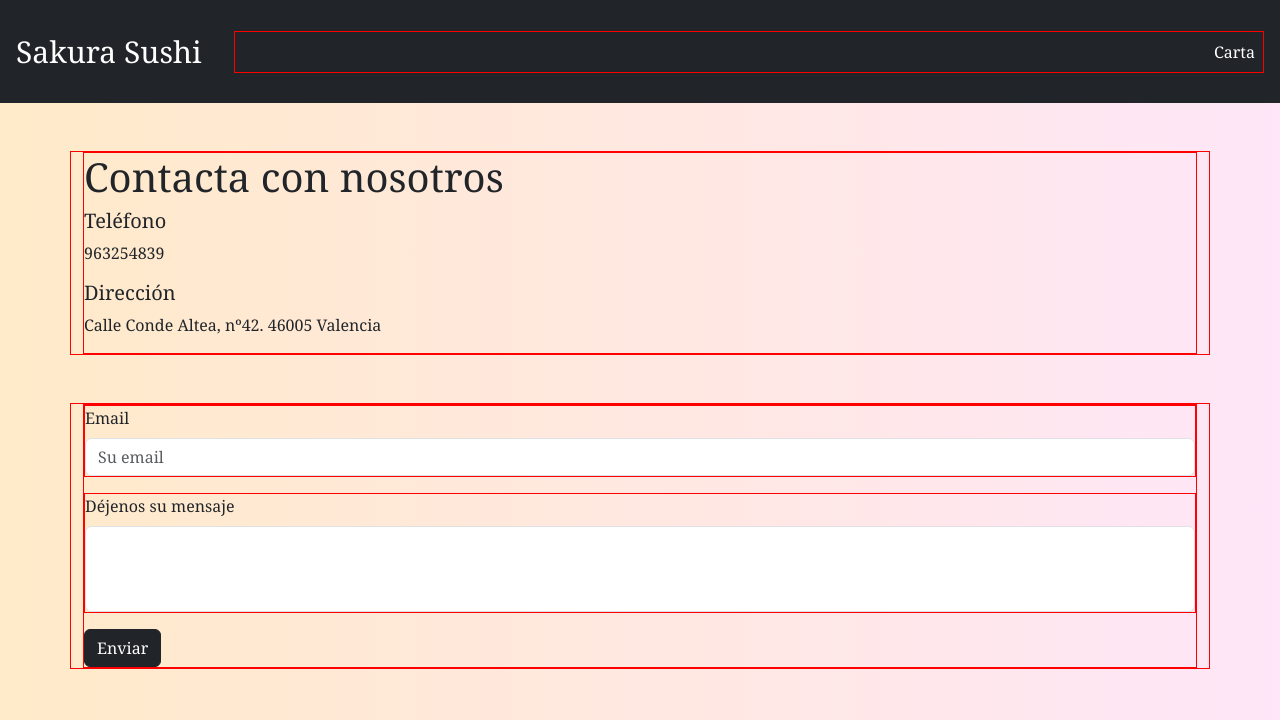
Repository: aipacheco/Fuji-restaurante
Page: contact.html
The author's editor kept a copy of each file at every save. The page is drawn from the files as they stood at one save, then again after the next save.
The browser window is 1280 px wide. The pictures show the whole page.
Some web libraries are served in a nearby version.

Above is the page before, as saved 2024-01-27 11:42:30.

### contact.html
<!DOCTYPE html>
<html lang="en">
  <head>
    <meta charset="UTF-8" />
    <meta name="viewport" content="width=device-width, initial-scale=1.0" />

    <link
      href="https://cdn.jsdelivr.net/npm/bootstrap@5.3.2/dist/css/bootstrap.min.css"
      rel="stylesheet"
      integrity="sha384-T3c6CoIi6uLrA9TneNEoa7RxnatzjcDSCmG1MXxSR1GAsXEV/Dwwykc2MPK8M2HN"
      crossorigin="anonymous"
    />
    <link rel="stylesheet" href="./css/styles.css" />
    <title>Contacta con nosotros</title>
  </head>

  <body>
    <!-- Navbar -->
    <nav class="navbar navbar-expand-lg bg-dark" data-bs-theme="dark">
      <a class="navbar-brand d-flex align-items-center m-3" href="./index.html">
        <span id="icon">Sakura Sushi</span>
      </a>

      <button
        class="navbar-toggler m-3"
        type="button"
        data-toggle="collapse"
        data-target="#navbarNavDropdown"
        aria-controls="navbarNavDropdown"
        aria-expanded="false"
        aria-label="Toggle navigation"
      >
        <span class="navbar-toggler-icon"></span>
      </button>

      <div
        class="collapse navbar-collapse justify-content-end m-3"
        id="navbarNavDropdown"
      >
        <ul class="navbar-nav align-items-center">
          <li class="nav-item active m-2">
            <a href="/menu.html">Carta</a>
          </li>
        </ul>
      </div>
    </nav>

    <div class="container mt-5 mb-5">
      <div>
        <h1>Contacta con nosotros</h1>
        <h5>Teléfono</h5>
        <p>963254839</p>
        <h5>Dirección</h5>
        <p>Calle Conde Altea, nº42. 46005 Valencia</p>
      </div>
    </div>

    <div class="container">
      <div>
        <form action="./answer.html">
          <div class="mb-3">
            <label for="formGroupExampleInput" class="form-label">Email</label>
            <input
              type="email"
              id="formGroupExampleInput"
              class="form-control"
              placeholder="Su email"
              required
            />
          </div>
          <div class="mb-3">
            <label for="exampleFormControlTextarea1" class="form-label"
              >Déjenos su mensaje</label
            >
            <textarea
              class="form-control"
              id="exampleFormControlTextarea1"
              rows="3"
            ></textarea>
          </div>

          <button class="btn btn-dark" type="submit">Enviar</button>
        </form>
      </div>
    </div>
    <script src="https://code.jquery.com/jquery-3.2.1.slim.min.js"></script>
    <script src="https://cdnjs.cloudflare.com/ajax/libs/popper.js/1.12.9/umd/popper.min.js"></script>
    <script src="https://maxcdn.bootstrapcdn.com/bootstrap/4.0.0/js/bootstrap.min.js"></script>
  </body>
</html>

### css/styles.css
body {
  font-family:Georgia, 'Times New Roman', Times, serif !important;
  margin: 0;
  padding: 0;
  background: rgb(255, 234, 201);
  background: linear-gradient(
    90deg,
    rgba(255, 234, 201, 1) 0%,
    rgba(255, 230, 248, 1) 100%
  );
  height: 100vh;
  width: 100vw;
}
div{
  border:1px solid red
}
a{
  text-decoration: none;
  color: white;
}
#icon{
    font-size: 1.5em;
}
textarea{
  resize: none !important;
}
.card{
  background-color: rgba(250, 235, 215, 0.212);
}

After the next save:
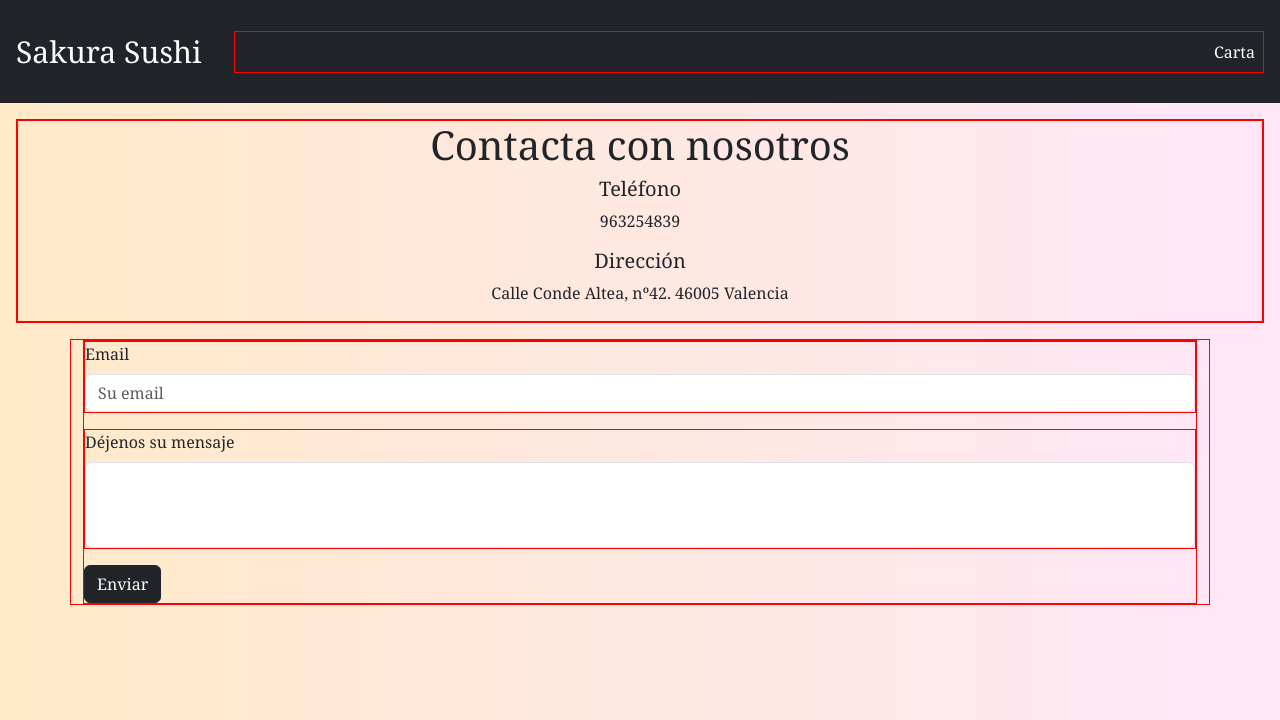
Saved 105 s later.
--- a/contact.html
+++ b/contact.html
@@ -45,7 +45,7 @@
       </div>
     </nav>
 
-    <div class="container mt-5 mb-5">
+    <div class="row d-flex justify-content-center text-center m-3">
       <div>
         <h1>Contacta con nosotros</h1>
         <h5>Teléfono</h5>
